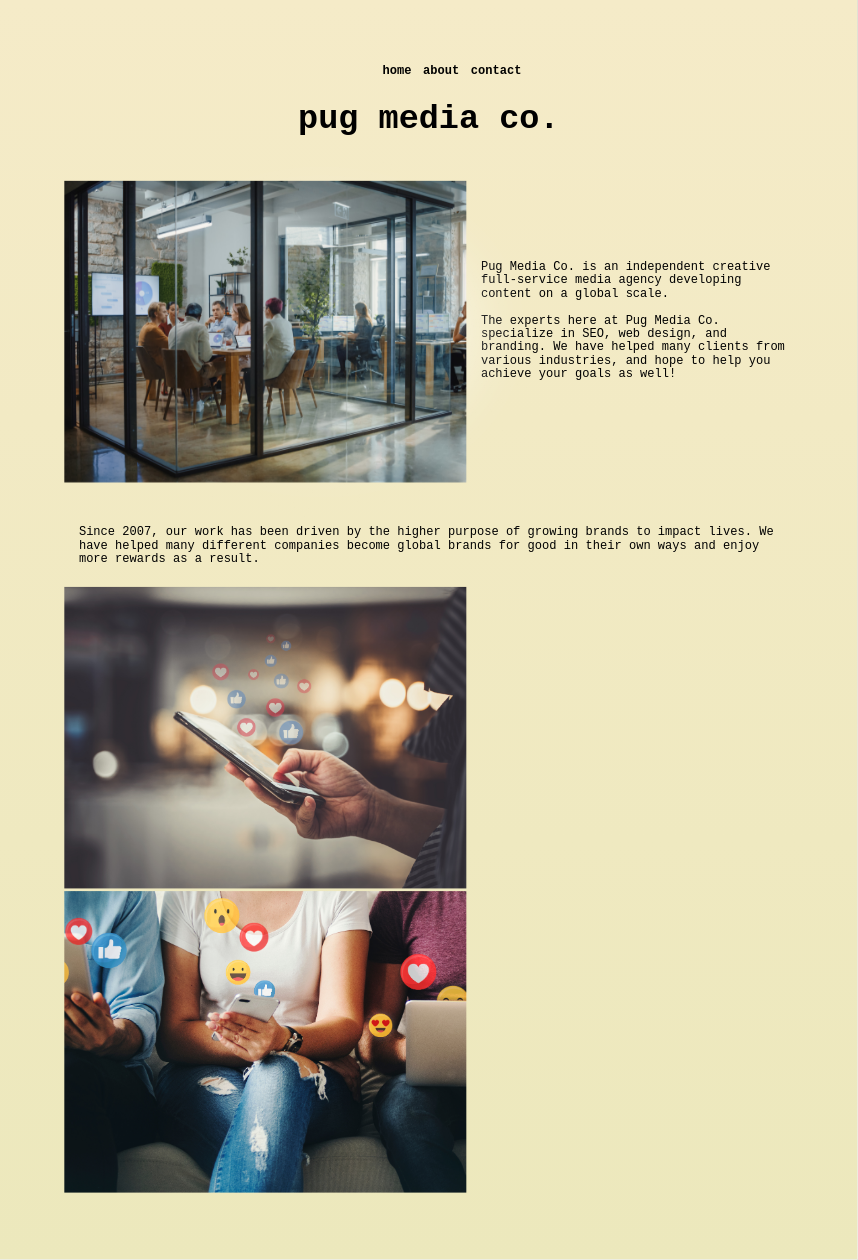
Repository: cheungglenda/MDIA2109-Week3
Page: /
An editor plug-in stored every save of this project. The page is shown before and after the next save, followed by the edit.
The browser window is 1280 px wide. The pictures show the whole page, at 67% of full size.
The project was rebuilt for these pictures with package versions that can differ from the ones it lists, and the page was loaded fresh each time. The framework's server and built-in components were replaced by stand-ins that run in the browser. Also part of the build but not shown: next.config.js.

Above is the page before, as saved 2023-01-20 19:11:59.

### pages/index.js
import Head from 'next/head'
import Image from 'next/image'
import { Inter } from '@next/font/google'
import styles from '@/styles/Home.module.css'
import data from '../data/education.json'
import { useState } from 'react'
import Card from '../components/Card'
import Link from 'next/link'

const inter = Inter({ subsets: ['latin'] })

export default function Home() {

  /** ([...data]) enters the data in the useState and is calling that info. the useState has all the data from the education.json file */
  const [information, setInformation] = useState([...data])
  console.log(data);

  return (
    <>
      <Head>
        <title>Pug Media Co.</title>
        <meta name="description" content="Full-service digital marketing agency" />
        <meta name="viewport" content="width=device-width, initial-scale=1" />
        <link rel="icon" href="/favicon.ico" />
      </Head>
      <main className={styles.main}>
        <div className={styles.buttons}>
      <Link href="/" className={styles.links}>Home</Link>
      <Link href="../about" className={styles.links}>About</Link>
      <Link href="/" className={styles.links}>Contact</Link>
        </div>

        <div className={styles.meetTitle}>Pug Media Co.</div>
        <div className={styles.center}>
          <Image
            className={styles.logo}
            src="/office.jpeg"
            width={600}
            height={450}
          />
          <div className={styles.homeDesc}>
            Pug Media Co. is an independent creative full-service media agency developing content on a global scale. <br></br><br></br>The experts here at Pug Media Co. specialize in SEO, web design, and branding. We have helped many clients from various industries, and hope to help you achieve your goals as well!
          </div>
        </div>
        <div className={styles.bottom}>
        <div className={styles.homeDesc}>
        Since 2007, our work has been driven by the higher purpose of growing brands to impact lives. We have helped many different companies become global brands for good in their own ways and enjoy more rewards as a result.<br></br>
          </div>
        <Image
            className={styles.social}
            src="/media.jpeg"
            width={600}
            height={450}
          />
                <Image
            className={styles.social}
            src="/media2.jpeg"
            width={600}
            height={450}
          />
        </div>
      </main>
    </>
  )
}

/** .toLowerCase() is input when you don't want to worry about case sensitivity */

### styles/Home.module.css
.main {
  display: flex;
  flex-direction: column;
  justify-content: space-between;
  align-items: center;
  padding: 6rem;
  font-family:arial;
  min-height: 100vh;
  background-image: linear-gradient(rgb(245, 235, 200), rgb(236, 232, 188));

}

.buttons {
  display: flex;
  flex-direction:row;
  justify-content: space-evenly;
  margin-bottom:3%;
}

.links:hover {
  text-decoration:underline;
}

.links {
  font-size: 18px;
  max-width: var(--max-width);
  width: 100%;
  font-weight:900;
  font-family: 'Courier New', Courier, monospace;
  text-transform:lowercase;
  padding-left:10%;
}

.description {
  display: inherit;
  justify-content: inherit;
  align-items: inherit;
  font-size: 15px;
  max-width: var(--max-width);
  width: 100%;
  font-family: var(--font-mono);
}

.social {
  justify-content:inherit;
  object-fit:cover;
  margin-right:2%;
}

.homeDesc {
  font-size: 18px;
  font-family:'Courier New', Courier, monospace;
  margin-left:2%;
  margin-bottom:3%;
}

.description a {
  display: flex;
  justify-content: center;
  align-items: center;
  gap: 0.5rem;
}

.description p {
  position: relative;
  margin: 0;
  padding: 1rem;
  background-color: rgba(var(--callout-rgb), 0.5);
  border: 1px solid rgba(var(--callout-border-rgb), 0.3);
  border-radius: var(--border-radius);
}

.code {
  font-weight: 700;
  font-family: var(--font-mono);
}

.meetTitle {
  font-size: 50px;
  font-weight:700;
  text-transform:lowercase;
  font-family:'Courier New', Courier, monospace;
  text-align:center;
}

.grid {
  display: flex;
  justify-content:center;
  width: var(--max-width);
  max-width: 100%;
  align-items:center;
  flex: 1;
}

.card {
  padding: 1rem 1.2rem;
  border-radius: var(--border-radius);
  background: rgba(var(--card-rgb), 0);
  border: 1px solid rgba(var(--card-border-rgb), 0);
  transition: background 200ms, border 200ms;
}

.card span {
  display: inline-block;
  transition: transform 200ms;
}

.info {
  font-family:'Courier New', Courier, monospace;
}

.card h2 {
  font-weight: 600;
  margin-bottom: 0.7rem;
}

.card p {
  margin: 0;
  opacity: 0.6;
  font-size: 0.9rem;
  line-height: 1.5;
  max-width: 30ch;
}


.employees {
  display:flex;
  gap:20px;
  width: 80%;
  text-align:center;
  font-family:'Courier New', Courier, monospace;
}

.titleDesc {
  font-size:16px;
  margin-bottom:3%;
}

.center {
  display: flex;
  justify-content: center;
  align-items: center;
  position: relative;
  padding: 4rem 0;
}

.center::before {
  background: var(--secondary-glow);
  border-radius: 50%;
  width: 480px;
  height: 360px;
  margin-left: -400px;
}

.center::after {
  background: var(--primary-glow);
  width: 240px;
  height: 180px;
  z-index: -1;
}

.center::before,
.center::after {
  content: '';
  left: 50%;
  position: absolute;
  filter: blur(45px);
  transform: translateZ(0);
}

.logo,
.thirteen {
  position: relative;
  object-fit:cover;
}

.thirteen {
  display: flex;
  justify-content: center;
  align-items: center;
  width: 75px;
  height: 75px;
  padding: 25px 10px;
  margin-left: 16px;
  transform: translateZ(0);
  border-radius: var(--border-radius);
  overflow: hidden;
  box-shadow: 0px 2px 8px -1px #0000001a;
}

.thirteen::before,
.thirteen::after {
  content: '';
  position: absolute;
  z-index: -1;
}

/* Conic Gradient Animation */
.thirteen::before {
  animation: 6s rotate linear infinite;
  width: 200%;
  height: 200%;
  background: var(--tile-border);
}

/* Inner Square */
.thirteen::after {
  inset: 0;
  padding: 1px;
  border-radius: var(--border-radius);
  background: linear-gradient(
    to bottom right,
    rgba(var(--tile-start-rgb), 1),
    rgba(var(--tile-end-rgb), 1)
  );
  background-clip: content-box;
}

/* Enable hover only on non-touch devices */
@media (hover: hover) and (pointer: fine) {
  .card:hover {
    background: rgba(var(--card-rgb), 0.1);
    border: 1px solid rgba(var(--card-border-rgb), 0.15);
  }

  .card:hover span {
    transform: translateX(4px);
  }
}

@media (prefers-reduced-motion) {
  .thirteen::before {
    animation: none;
  }

  .card:hover span {
    transform: none;
  }
}

/* Mobile */
@media (max-width: 700px) {
  .content {
    padding: 4rem;
  }

  .grid {
    grid-template-columns: 1fr;
    margin-bottom: 120px;
    max-width: 320px;
    text-align: center;
  }

  .card {
    padding: 1rem 2.5rem;
  }

  .card h2 {
    margin-bottom: 0.5rem;
  }

  .center {
    padding: 8rem 0 6rem;
  }

  .center::before {
    transform: none;
    height: 300px;
  }

  .description {
    font-size: 0.8rem;
  }

  .description a {
    padding: 1rem;
  }

  .description p,
  .description div {
    display: flex;
    justify-content: center;
    position: fixed;
    width: 100%;
  }

  .description p {
    align-items: center;
    inset: 0 0 auto;
    padding: 2rem 1rem 1.4rem;
    border-radius: 0;
    border: none;
    border-bottom: 1px solid rgba(var(--callout-border-rgb), 0.25);
    background: linear-gradient(
      to bottom,
      rgba(var(--background-start-rgb), 1),
      rgba(var(--callout-rgb), 0.5)
    );
    background-clip: padding-box;
    backdrop-filter: blur(24px);
  }

  .description div {
    align-items: flex-end;
    pointer-events: none;
    inset: auto 0 0;
    padding: 2rem;
    height: 200px;
    background: linear-gradient(
      to bottom,
      transparent 0%,
      rgb(var(--background-end-rgb)) 40%
    );
    z-index: 1;
  }
}

/* Tablet and Smaller Desktop */
@media (min-width: 701px) and (max-width: 1120px) {
  .grid {
    grid-template-columns: repeat(2, 50%);
  }
}

@media (prefers-color-scheme: dark) {

  .main {
    background-image: linear-gradient(rgb(51, 65, 14), rgb(169, 169, 110));
  }

  .vercelLogo {
    filter: invert(1);
  }

  .meetTitle {
    color:white;
  }

  .titleDesc {
    color:white;
  }

  .links {
    color: white;
  }

  .employees {
    color: black;
  }
}

@keyframes rotate {
  from {
    transform: rotate(360deg);
  }
  to {
    transform: rotate(0deg);
  }
}

### data/education.json
[
        {
            "studentNumber": "A0004567",
            "firstName": "Person 1",
            "gpa": 3.8,
            "department": "Business",
            "degree": "Finance",
            "graduted": 2014
        },
        {
            "studentNumber": "A0001234",
            "firstName": "Person 2",
            "gpa": 3.5,
            "department": "Business",
            "degree": "Accounting",
            "graduted": 2010
        },
        {
            "studentNumber": "A0007890",
            "firstName": "Person 3",
            "gpa": 3.2,
            "department": "Computing",
            "degree": "Applied Software Development Certificate",
            "graduted": 2018
        },
        {
            "studentNumber": "A0007828",
            "firstName": "Person 4",
            "gpa": 3.9,
            "department": "Computing",
            "degree": "Computer Systems Diploma",
            "graduted": 2021
        },
        {
            "studentNumber": "A0003425",
            "firstName": "Person 5",
            "gpa": 3.2,
            "department": "Computing",
            "degree": "Applied Computer Information Systems Certificate",
            "graduted": 2021
        }
]

### components/Card/index.js
export default function Card({
    firstname = "none",
    lastname = "none",
    department = "none",
    jobtitle = "none",
    yearsworked = 0,
    description = "none",
    contact = "none",
    color = "pink",
    font = "O",
    image = "icon/personTwo.png"
}) {
    return (
        <div style={{backgroundColor: color, fontSize: font}}>
            {
                firstname === "Yi" ? <img src={'icon/person.png'} width="50"/> :
                color === "blue" ? <img src={'icon/personThree.png'} width="50"/> :
                <img src={image} width="50"/>
            }
            {firstname} {lastname}
        </div>
    )
}

Loaded but not shown: pages/_app.js (common file); pages/_document.js (common file); styles/globals.css (common file)

After the next save:
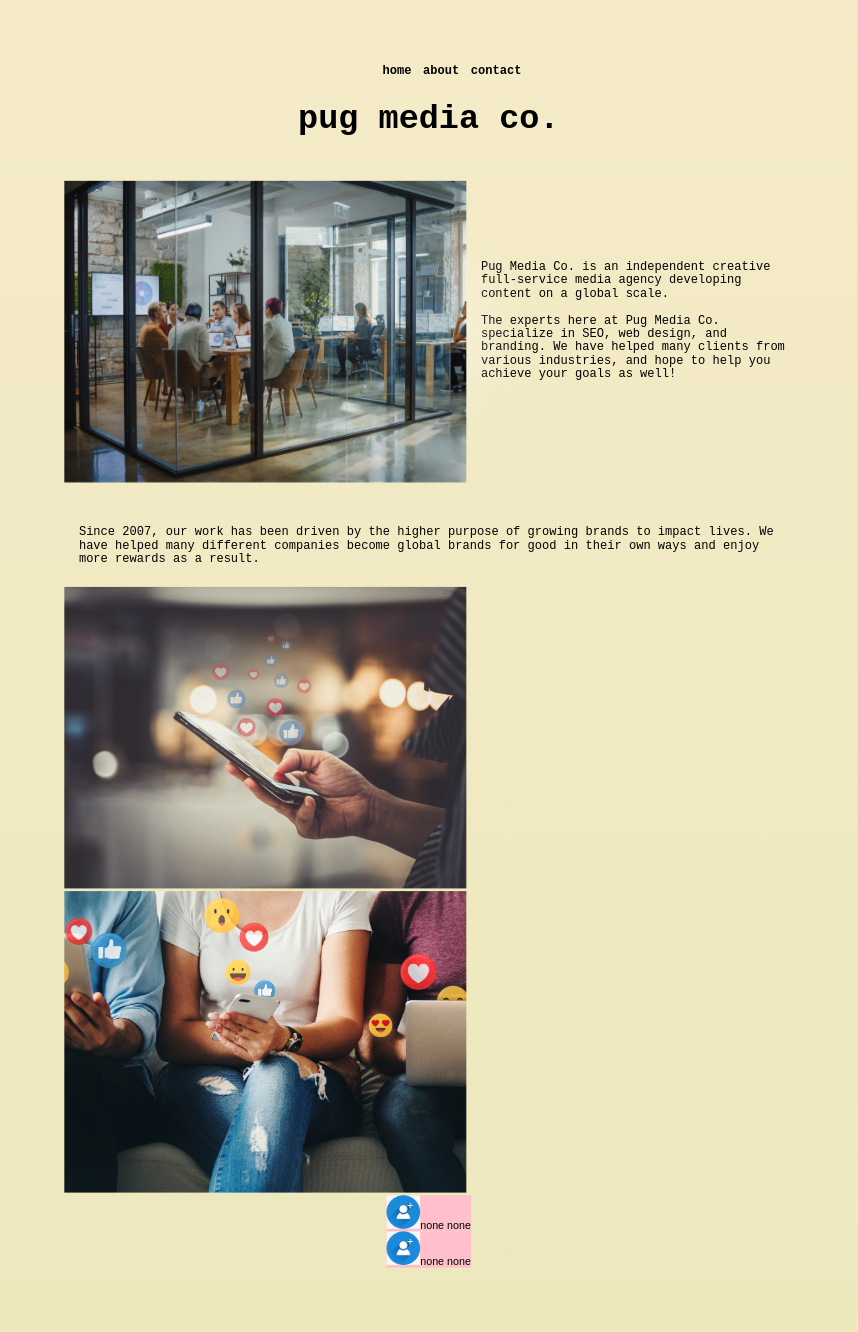
Saved 3 h 47 min later.
--- a/pages/index.js
+++ b/pages/index.js
@@ -59,6 +59,22 @@
             height={450}
           />
         </div>
+        <div className={styles.profiles}>
+            {information && information.map((info, index) => {
+              if (info.department === "Business") {
+                return (
+                  <Card key={index}
+                    image={info.image}
+                    firstName={info.firstName}
+                    degree={info.degree}
+                    department={info.department}
+                    gpa={info.gpa}
+                    graduted={info.graduted}
+                    bio={info.bio} />
+                )
+              }
+            })}
+          </div>
       </main>
     </>
   )

After the 2 saves that followed:
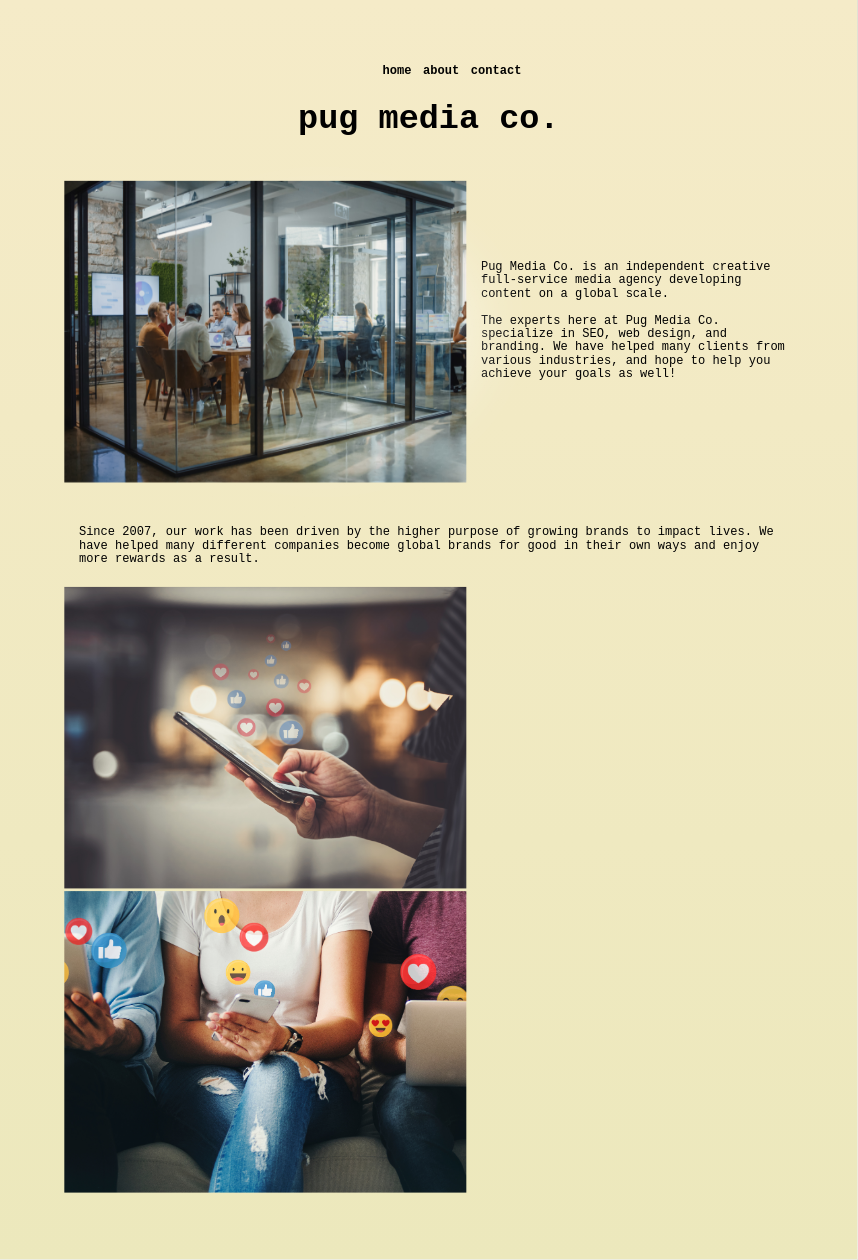
The 2 saves are shown as one change because 1 left the picture as it was.
The last was saved 2 min 57 s later.
--- a/pages/index.js
+++ b/pages/index.js
@@ -61,7 +61,7 @@
         </div>
         <div className={styles.profiles}>
             {information && information.map((info, index) => {
-              if (info.department === "Business") {
+              if (info.firstname === "Yi") {
                 return (
                   <Card key={index}
                     image={info.image}
--- a/data/education.json
+++ b/data/education.json
@@ -1,16 +1,14 @@
 [
         {
-            "studentNumber": "A0004567",
-            "firstName": "Person 1",
-            "gpa": 3.8,
+            "firstName": "Yi",
+            "lastName": "Li",
             "department": "Business",
             "degree": "Finance",
             "graduted": 2014
         },
         {
-            "studentNumber": "A0001234",
-            "firstName": "Person 2",
-            "gpa": 3.5,
+            "firstName": "Jennifer",
+            "lastName": "Smith",
             "department": "Business",
             "degree": "Accounting",
             "graduted": 2010
